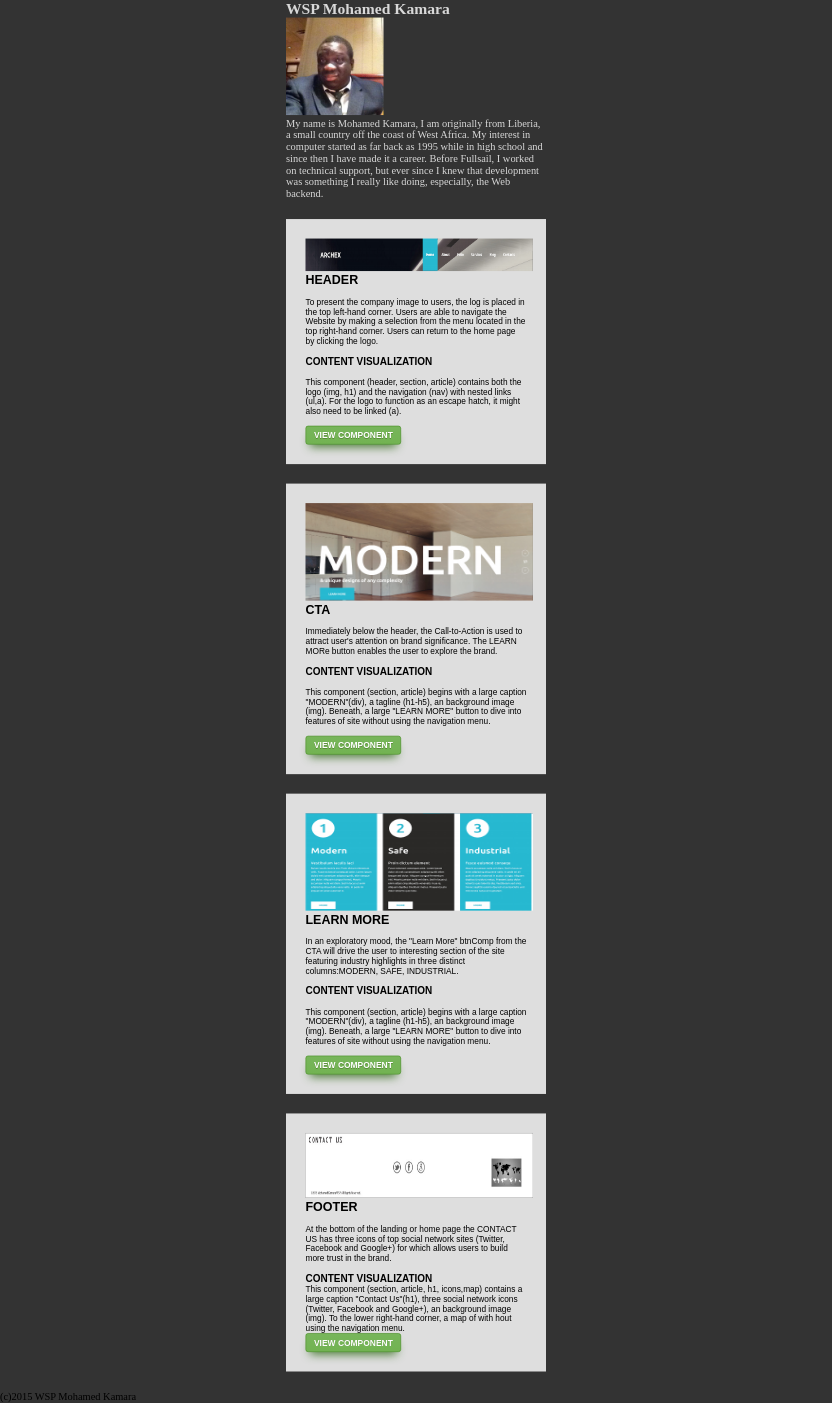
Repository: makamara/WSP_Project
Page: wsp/index.html
An editor plug-in stored every save of this project. The page is shown before and after the next save, followed by the edit.
The browser window is 1280 px wide. The pictures show the whole page, at 65% of full size.

Above is the page before, as saved 2015-09-15 23:13:37.

After the next save:
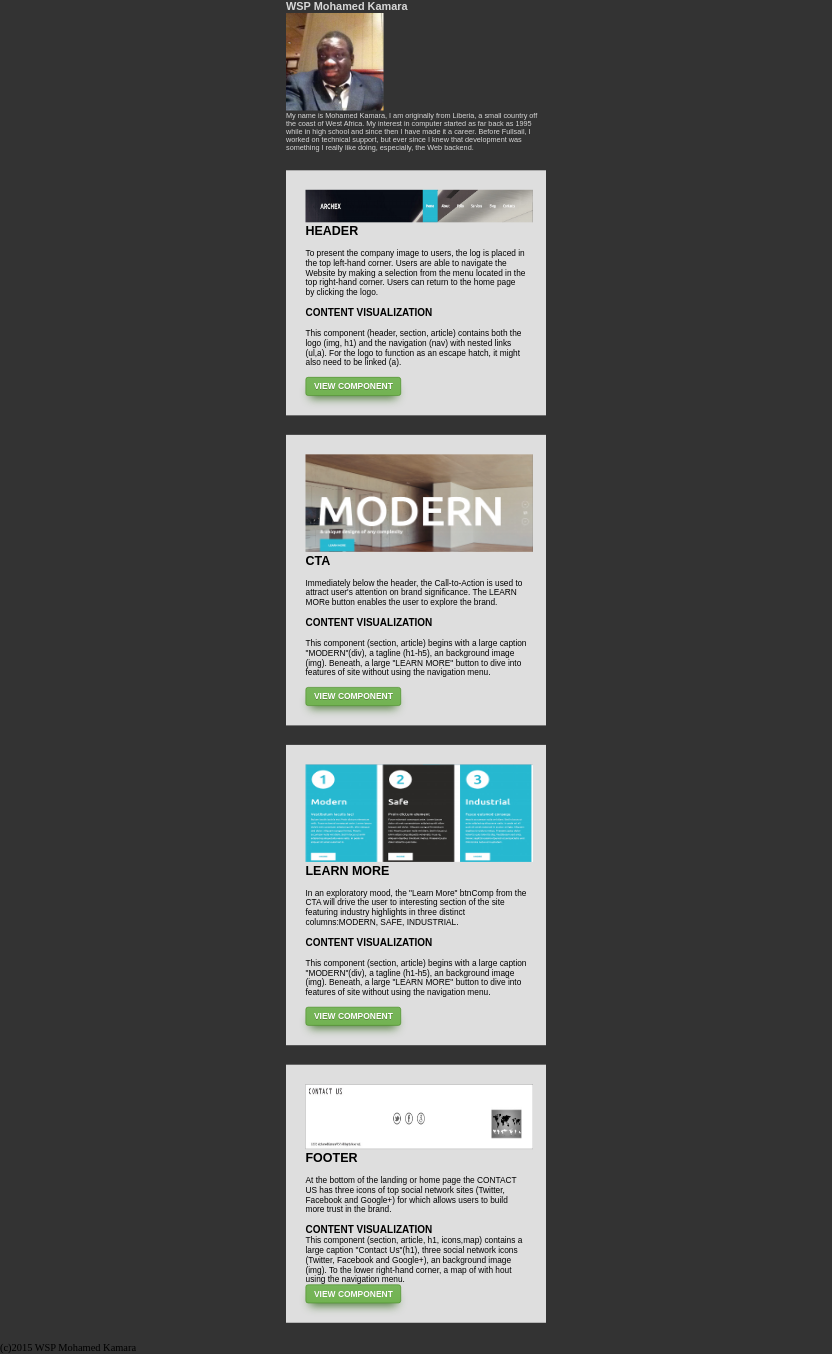
Saved 75 s later.
--- a/wsp/css/main.css
+++ b/wsp/css/main.css
@@ -38,6 +38,8 @@ h3 {
 
 #about{
 	color:#D8D8D8;
+	font-family:Arial, Helvetica, sans-serif;
+    font-size:0.7em;
 
 }
 
